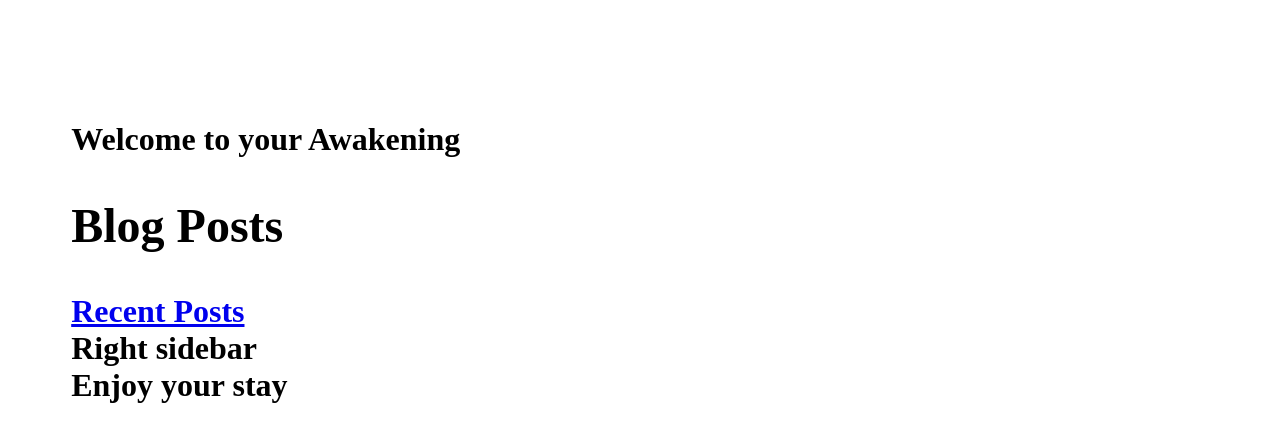
Repository: Gregg-Hendrix/blog-project
Page: index.html
The author's editor kept a copy of each file at every save. The page is drawn from the files as they stood at one save, then again after the next save.
The browser window is 1280 px wide. The pictures show the whole page.

Above is the page before, as saved 2021-03-15 14:05:43.

### index.html
<!DOCTYPE html>
<html lang="en">
    <head>
        <meta charset="utf-8">
        <title>Native Awakenings</title>
        <meta content="width=device-width, initial-scale=1, maximum-scale=1" name="viewport"/>
        <link rel="stylesheet" href="stylesheet.css">

         </head>
    <body>
<div class="container">
  <header><h1 Awakenings</header>
  <main>Welcome to your Awakening</main>
  <aside class="left-sidebar"><h1>Blog Posts</h1><a href="meditation.html">Recent Posts</a></aside>
  <aside class="right-sidebar">Right sidebar</aside>
  <footer>Enjoy your stay</footer>
</div>
            <!-- <header class="header">Native Awakenings</header>
            <h1 class="intro">Welcome to your Awakening</h1>
            <div class="container">
            <nav>what</nav>
            <article class="container">Mindful Musings</article>
            <sidebar class="sidebar"><h1>Blog Posts</h1><a href="meditation.html">Recent Posts</a></sidebar>
            <footer class="footer">Enjoy your stay</footer> -->
        </div>
    </body>
</html>

### stylesheet.css
.header{
    display: flex;
        flex-direction: row;
        justify-content: center;
        border: indigo;
}
.intro{
    display: flex;
        flex-direction: row;
        justify-content: center;
        border: indigo;
}
.container{
    display: grid;
    width: 90%;
    margin: auto;
    margin-top: 100px;
    grid-template-columns: 40px repeat(7 1fr);
    grid-template-rows: 60px 400px 1fr;
    grid-template-areas:
    "hd hd hd hd hd hd hd hd"
    "sd main main main main main main main"
    "ft ft ft ft ft ft ft ft";
}

    .box {
        border: 1px solid rebeccapurple;
        background: #F8FA9D;
    }

    .header{
        grid-area: hd;
    }

    .sidebar{
        grid-area: sd;
    }

    .content{
        grid-area: main;
    }

    .footer{
        grid-area: ft;
    }

After the next save:
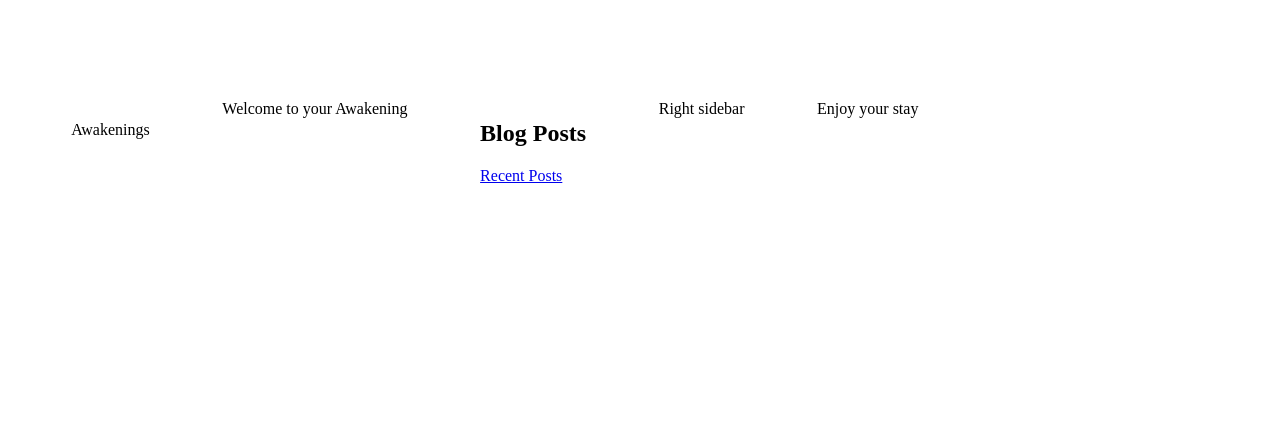
Saved 5 s later.
--- a/index.html
+++ b/index.html
@@ -9,7 +9,7 @@
          </head>
     <body>
 <div class="container">
-  <header><h1 Awakenings</header>
+  <header><h1></h1> Awakenings</header>
   <main>Welcome to your Awakening</main>
   <aside class="left-sidebar"><h1>Blog Posts</h1><a href="meditation.html">Recent Posts</a></aside>
   <aside class="right-sidebar">Right sidebar</aside>
